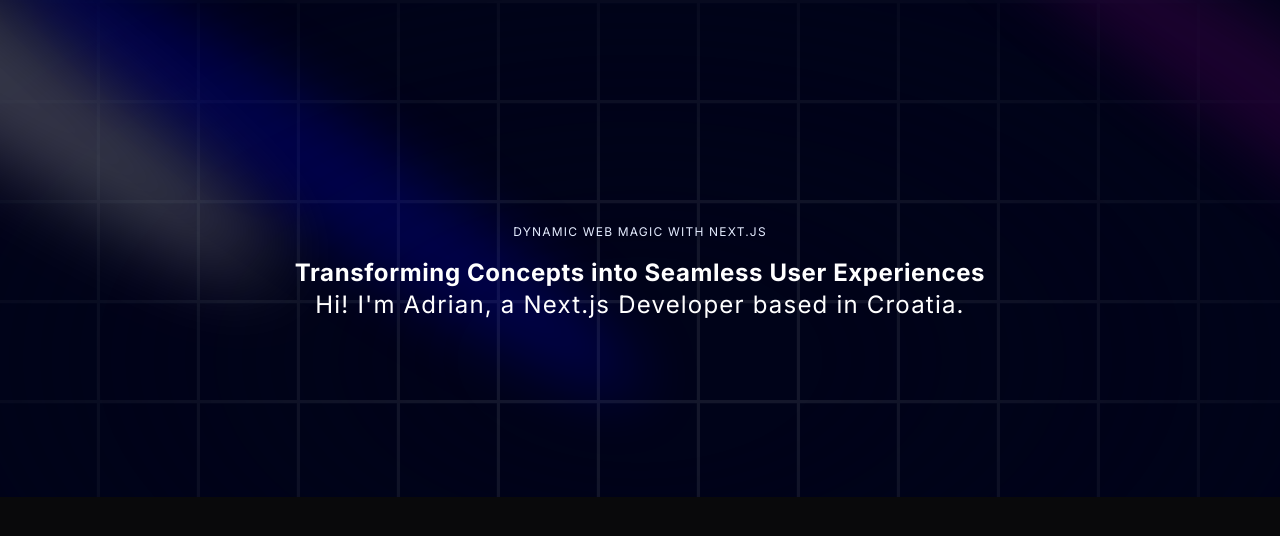
Repository: iharshitjaiswal/next_portfolio
Page: /
The author's editor kept a copy of each file at every save. The page is drawn from the files as they stood at one save, then again after the next save.
The browser window is 1280 px wide. The pictures show the whole page.
The project was rebuilt for these pictures with package versions that can differ from the ones it lists, and the page was loaded fresh each time. The framework's server and built-in components were replaced by stand-ins that run in the browser. Also part of the build but not shown: next.config.mjs.

Above is the page before, as saved 2024-05-24 12:03:26.

### app/layout.tsx
import type { Metadata } from "next";
import { Inter } from "next/font/google";
import React from "react";
import "./globals.css";
import { ThemeProvider } from "./theme-provider";

const inter = Inter({ subsets: ["latin"] });

export const metadata: Metadata = {
  title: "Harshit's Portfolio",
  description: "Modern & Minimalist Next Portfolio",
};

export default function RootLayout({
  children,
}: Readonly<{
  children: React.ReactNode;
}>) {
  return (
    <html lang="en">
      <body className={inter.className}>
        <ThemeProvider
          attribute="class"
          defaultTheme="dark"
          enableSystem
          disableTransitionOnChange
        >
          {children}
        </ThemeProvider>
      </body>
    </html>
  );
}

### app/page.tsx
"use client";
import Hero from "@/components/Hero";
import React from "react";

const Home = () => {
  return (
    <main className="relative bg-black-100 flex justify-center text-white items-center flex-col overflow-hidden mx-auto sm:px-10 px-5">
      <div className="mx-w-7xl w-full">
        <Hero />
      </div>
    </main>
  );
};
export default Home;

### components/Hero.tsx
import React from "react";
import { Spotlight } from "./ui/Spotlight";
import { TextGenerateEffect } from "./ui/TextGenerate-Effect";

const Hero = () => {
  return (
    <div className="pb-20 pt-36">
      <div>
        <Spotlight
          className="-top-40 -left-10 md:-left-32 md:-top-20 h-screen"
          fill="white"
        />
        <Spotlight
          className="top-10 left-full h-[80vh] w-[50vw]"
          fill="purple"
        />
        <Spotlight className="top-28 left-80 h-[80vh] w-[50vw]" fill="blue" />
      </div>
      <div className="h-screen w-full dark:bg-black-100 bg-white  dark:bg-grid-white/[0.08] bg-grid-black/[0.2]flex items-center justify-center absolute top-0 left-0">
        <div className="absolute pointer-events-none inset-0 flex items-center justify-center dark:bg-black-100  bg-white [mask-image:radial-gradient(ellipse_at_center,transparent_20%,black)]" />
      </div>
      <div className="flex justify-center relative my-20 z-10">
        <div className="max-w-[89vw] md:max-w-2xl lg:max-w-[60vw] flex flex-col items-center justify-center">
          <p className="uppercase tracking-widest text-xs text-center text-blue-100 max-w-80">
            Dynamic Web Magic with Next.js
          </p>
          <TextGenerateEffect
            words="Transforming Concepts into Seamless User Experiences"
            className="text-center text-[40px] md:text-5xl lg:text-6xl"
          />

          <p className="text-center md:tracking-wider mb-4 text-sm md:text-lg lg:text-2xl">
            Hi! I&apos;m Adrian, a Next.js Developer based in Croatia.
          </p>

          <a href="#about">
            {/* <MagicButton
              title="Show my work"
              icon={<FaLocationArrow />}
              position="right"
            /> */}
          </a>
        </div>
      </div>
    </div>
  );
};

export default Hero;

### components/ui/Spotlight.tsx
import React from "react";
import { cn } from "@/utils/cn";

type SpotlightProps = {
  className?: string;
  fill?: string;
};

export const Spotlight = ({ className, fill }: SpotlightProps) => {
  return (
    <svg
      className={cn(
        "animate-spotlight pointer-events-none absolute z-[1]  h-[169%] w-[138%] lg:w-[84%] opacity-0",
        className
      )}
      xmlns="http://www.w3.org/2000/svg"
      viewBox="0 0 3787 2842"
      fill="none"
    >
      <g filter="url(#filter)">
        <ellipse
          cx="1924.71"
          cy="273.501"
          rx="1924.71"
          ry="273.501"
          transform="matrix(-0.822377 -0.568943 -0.568943 0.822377 3631.88 2291.09)"
          fill={fill || "white"}
          fillOpacity="0.21"
        ></ellipse>
      </g>
      <defs>
        <filter
          id="filter"
          x="0.860352"
          y="0.838989"
          width="3785.16"
          height="2840.26"
          filterUnits="userSpaceOnUse"
          colorInterpolationFilters="sRGB"
        >
          <feFlood floodOpacity="0" result="BackgroundImageFix"></feFlood>
          <feBlend
            mode="normal"
            in="SourceGraphic"
            in2="BackgroundImageFix"
            result="shape"
          ></feBlend>
          <feGaussianBlur
            stdDeviation="151"
            result="effect1_foregroundBlur_1065_8"
          ></feGaussianBlur>
        </filter>
      </defs>
    </svg>
  );
};

### components/ui/TextGenerate-Effect.tsx
"use client";
import { useEffect } from "react";
import { motion, stagger, useAnimate } from "framer-motion";
import { cn } from "@/utils/cn";

export const TextGenerateEffect = ({
  words,
  className,
}: {
  words: string;
  className?: string;
}) => {
  const [scope, animate] = useAnimate();
  let wordsArray = words.split(" ");
  useEffect(() => {
    animate(
      "span",
      {
        opacity: 1,
      },
      {
        duration: 2,
        delay: stagger(0.2),
      }
    );
  }, [scope.current]);

  const renderWords = () => {
    return (
      <motion.div ref={scope}>
        {wordsArray.map((word, idx) => {
          return (
            <motion.span
              key={word + idx}
              className="dark:text-white text-black opacity-0"
            >
              {word}{" "}
            </motion.span>
          );
        })}
      </motion.div>
    );
  };

  return (
    <div className={cn("font-bold", className)}>
      <div className="mt-4">
        <div className=" dark:text-white text-black text-2xl leading-snug tracking-wide">
          {renderWords()}
        </div>
      </div>
    </div>
  );
};

### tailwind.config.ts
import type { Config } from "tailwindcss";
const  svgToDataUri = require("mini-svg-data-uri");
const {
  default: flattenColorPalette,
} = require("tailwindcss/lib/util/flattenColorPalette");

const config = {
  darkMode: ["class"],
  content: [
    "./pages/**/*.{ts,tsx}",
    "./components/**/*.{ts,tsx}",
    "./app/**/*.{ts,tsx}",
    "./src/**/*.{ts,tsx}",
    "./data/**/*.{ts,tsx}",
  ],
  prefix: "",
  theme: {
    container: {
      center: true,
      padding: "2rem",
      screens: {
        "2xl": "1400px",
      },
    },
    extend: {
      colors: {
        black: {
          DEFAULT: "#000",
          100: "#000319",
          200: "rgba(17, 25, 40, 0.75)",
          300: "rgba(255, 255, 255, 0.125)",
        },
        white: {
          DEFAULT: "#FFF",
          100: "#BEC1DD",
          200: "#C1C2D3",
        },
        blue: {
          100: "#E4ECFF",
        },
        purple: "#CBACF9",
        border: "hsl(var(--border))",
        input: "hsl(var(--input))",
        ring: "hsl(var(--ring))",
        background: "hsl(var(--background))",
        foreground: "hsl(var(--foreground))",
        primary: {
          DEFAULT: "hsl(var(--primary))",
          foreground: "hsl(var(--primary-foreground))",
        },
        secondary: {
          DEFAULT: "hsl(var(--secondary))",
          foreground: "hsl(var(--secondary-foreground))",
        },
        destructive: {
          DEFAULT: "hsl(var(--destructive))",
          foreground: "hsl(var(--destructive-foreground))",
        },
        muted: {
          DEFAULT: "hsl(var(--muted))",
          foreground: "hsl(var(--muted-foreground))",
        },
        accent: {
          DEFAULT: "hsl(var(--accent))",
          foreground: "hsl(var(--accent-foreground))",
        },
        popover: {
          DEFAULT: "hsl(var(--popover))",
          foreground: "hsl(var(--popover-foreground))",
        },
        card: {
          DEFAULT: "hsl(var(--card))",
          foreground: "hsl(var(--card-foreground))",
        },
      },
      borderRadius: {
        lg: "var(--radius)",
        md: "calc(var(--radius) - 2px)",
        sm: "calc(var(--radius) - 4px)",
      },
      keyframes: {
        "accordion-down": {
          from: { height: "0" },
          to: { height: "var(--radix-accordion-content-height)" },
        },
        "accordion-up": {
          from: { height: "var(--radix-accordion-content-height)" },
          to: { height: "0" },
        },
        spotlight: {
          "0%": {
            opacity: "0",
            transform: "translate(-72%, -62%) scale(0.5)",
          },
          "100%": {
            opacity: "1",
            transform: "translate(-50%,-40%) scale(1)",
          },
        },
        shimmer: {
          from: {
            backgroundPosition: "0 0",
          },
          to: {
            backgroundPosition: "-200% 0",
          },
        },
        moveHorizontal: {
          "0%": {
            transform: "translateX(-50%) translateY(-10%)",
          },
          "50%": {
            transform: "translateX(50%) translateY(10%)",
          },
          "100%": {
            transform: "translateX(-50%) translateY(-10%)",
          },
        },
        moveInCircle: {
          "0%": {
            transform: "rotate(0deg)",
          },
          "50%": {
            transform: "rotate(180deg)",
          },
          "100%": {
            transform: "rotate(360deg)",
          },
        },
        moveVertical: {
          "0%": {
            transform: "translateY(-50%)",
          },
          "50%": {
            transform: "translateY(50%)",
          },
          "100%": {
            transform: "translateY(-50%)",
          },
        },
        scroll: {
          to: {
            transform: "translate(calc(-50% - 0.5rem))",
          },
        },
      },
      animation: {
        "accordion-down": "accordion-down 0.2s ease-out",
        "accordion-up": "accordion-up 0.2s ease-out",
        spotlight: "spotlight 2s ease .75s 1 forwards",
        shimmer: "shimmer 2s linear infinite",
        first: "moveVertical 30s ease infinite",
        second: "moveInCircle 20s reverse infinite",
        third: "moveInCircle 40s linear infinite",
        fourth: "moveHorizontal 40s ease infinite",
        fifth: "moveInCircle 20s ease infinite",
        scroll:
          "scroll var(--animation-duration, 40s) var(--animation-direction, forwards) linear infinite",
      },
    },
  },
  plugins: [
    require("tailwindcss-animate"),
    addVariablesForColors,
    function ({ matchUtilities, theme }: any) {
      matchUtilities(
        {
          "bg-grid": (value: any) => ({
            backgroundImage: `url("${svgToDataUri(
              `<svg xmlns="http://www.w3.org/2000/svg" viewBox="0 0 32 32" width="100" height="100" fill="none" stroke="${value}"><path d="M0 .5H31.5V32"/></svg>`
            )}")`,
          }),
          "bg-grid-small": (value: any) => ({
            backgroundImage: `url("${svgToDataUri(
              `<svg xmlns="http://www.w3.org/2000/svg" viewBox="0 0 32 32" width="8" height="8" fill="none" stroke="${value}"><path d="M0 .5H31.5V32"/></svg>`
            )}")`,
          }),
          "bg-dot": (value: any) => ({
            backgroundImage: `url("${svgToDataUri(
              `<svg xmlns="http://www.w3.org/2000/svg" viewBox="0 0 32 32" width="16" height="16" fill="none"><circle fill="${value}" id="pattern-circle" cx="10" cy="10" r="1.6257413380501518"></circle></svg>`
            )}")`,
          }),
        },
        { values: flattenColorPalette(theme("backgroundColor")), type: "color" }
      );
    },
  ],
};
function addVariablesForColors({ addBase, theme }: any) {
  let allColors = flattenColorPalette(theme("colors"));
  let newVars = Object.fromEntries(
    Object.entries(allColors).map(([key, val]) => [`--${key}`, val])
  );

  addBase({
    ":root": newVars,
  });
}

export default config;

Loaded but not shown: app/globals.css (common file); app/theme-provider.tsx (common file); utils/cn.ts (common file)

After the next save:
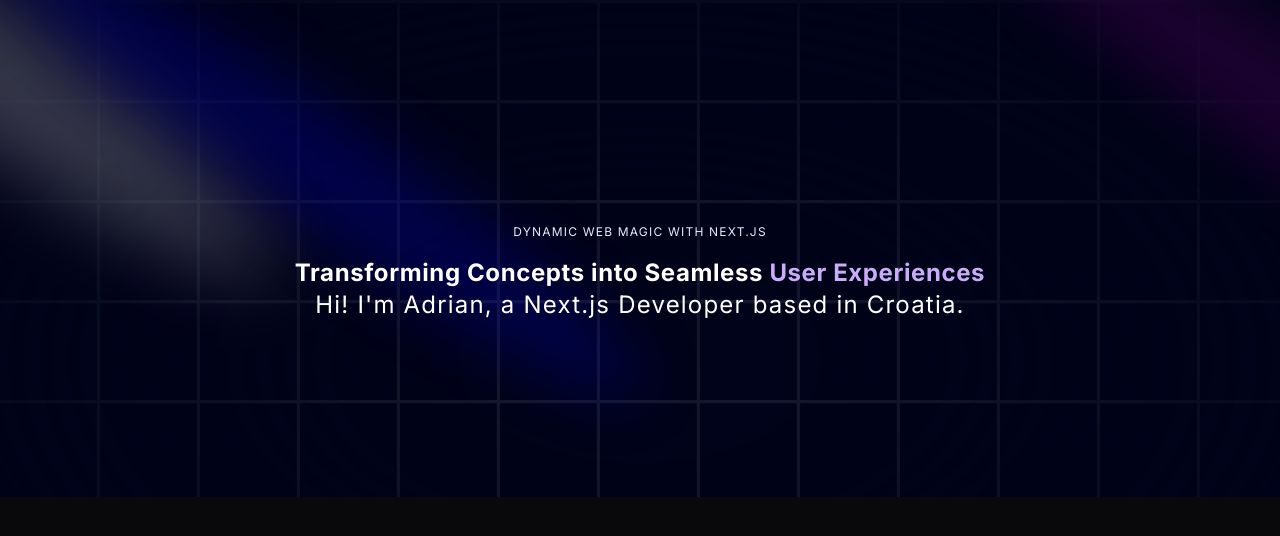
Saved 8 min 56 s later.
--- a/components/ui/TextGenerate-Effect.tsx
+++ b/components/ui/TextGenerate-Effect.tsx
@@ -32,7 +32,9 @@
           return (
             <motion.span
               key={word + idx}
-              className="dark:text-white text-black opacity-0"
+              className={` ${
+                idx > 3 ? "text-purple" : "dark:text-white text-black"
+              } opacity-0`}
             >
               {word}{" "}
             </motion.span>
